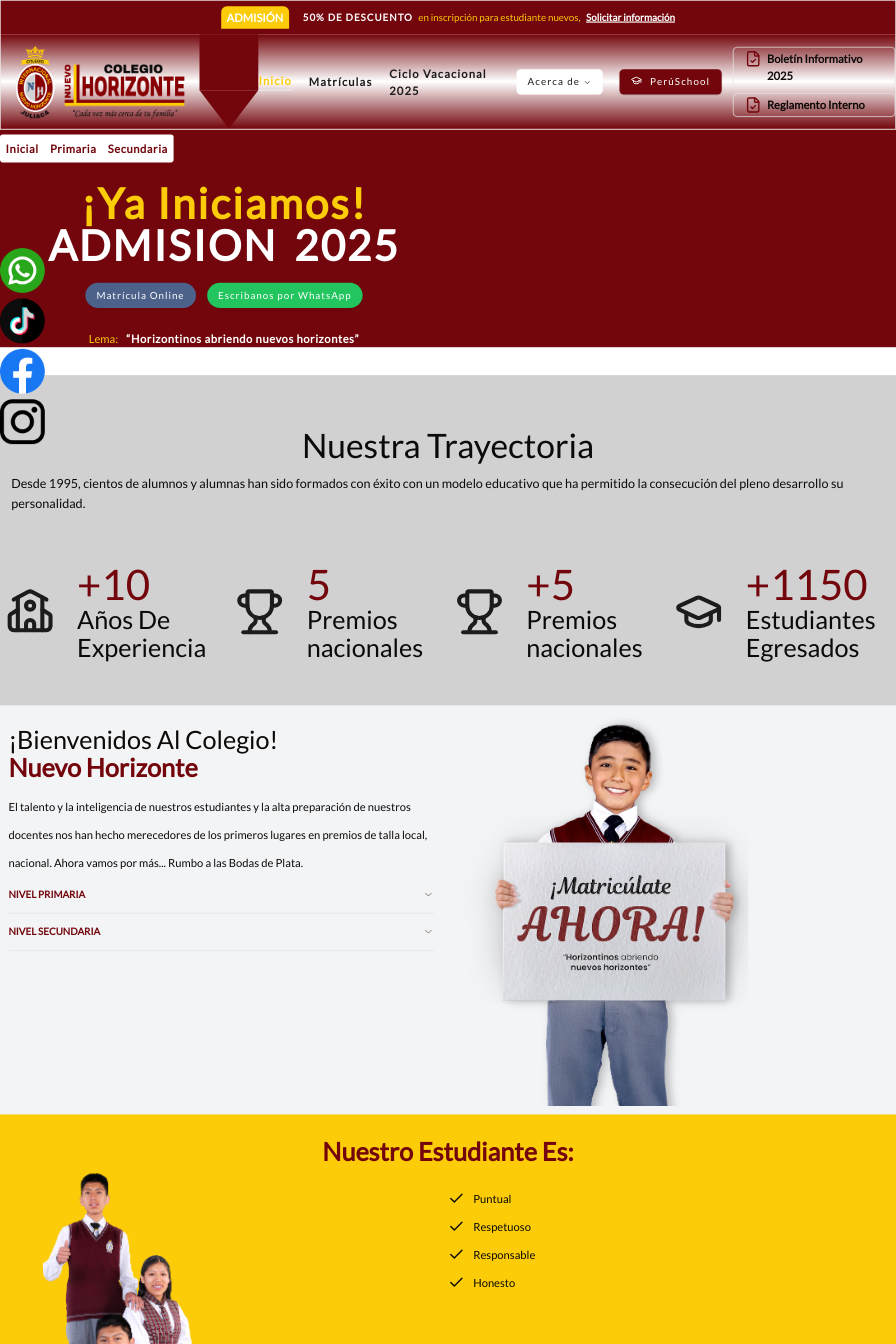
Repository: jefrydep/new_horizont_school
Page: /
An editor plug-in stored every save of this project. The page is shown before and after the next save, followed by the edit.
The browser window is 1280 px wide. The pictures show the part of the page from y = 0 to 1920 px (the page is 4331 px tall), at 70% of full size.
The project was rebuilt for these pictures with package versions that can differ from the ones it lists, and the page was loaded fresh each time. The framework's server and built-in components were replaced by stand-ins that run in the browser. Also part of the build but not shown: next.config.ts.

Above is the page before, as saved 2024-12-05 20:19:50.

### src/app/layout.tsx
import type { Metadata } from "next";
import "./globals.css";
import Navbar from "@/components/Navbar";
import Footer from "@/components/Footer";


import { Lato } from 'next/font/google'

const lato = Lato({
  weight: '400',
  subsets: ['latin'],
  display: 'swap',
})

export const metadata: Metadata = {
  title: "COLEGIO INTERNACIONAL NUEVO HORIZONTE - JULIACA",
  description: "el mejor colegio de JULIACA,Colegio internacional nuevo horizonte",
};

export default function RootLayout({
  children,
}: Readonly<{
  children: React.ReactNode;
}>) {
  return (
    <html lang="es">

      <body
        className={` ${lato.className} antialiased `}
      >

        <div className="">
          <Navbar />
        </div>
        <main className="   ">

          {children}
          <div className="flex flex-col fixed  bottom-2     z-50   sm:top-1/2  gap-2">
            <a href="https://wa.me/+51999070701?text=Me%20gustar%C3%ADa%20recibir%20m%C3%A1s%20informaci%C3%B3n%20sobre%20el%20proceso%20de%20matr%C3%ADcula,%20requisitos%20y%20fechas%20importantes.%20Agradecer%C3%ADa%20su%20orientaci%C3%B3n%20para%20poder%20completar%20mi%20inscripci%C3%B3n%20de%20manera%20adecuada.%0A%0AQuedo%20atento%20a%20su%20respuesta.%0A%0ASaludos%20cordiales,%0A" target="_blank">
              {/* Solicitar información */}
              <img src="/whatsapp.png" alt="" className=" animate-bounce h-11  sm:h-16" />
            </a>

            <a href="https://www.tiktok.com/@colegionuevohorizonte" target="_blank">
              {/* Solicitar información */}
              <img src="/tik-tok.png" alt="" className=" animate-bounce h-11  sm:h-16 " />
            </a>
            <a href="https://www.facebook.com/internuevohorizonte  " target="_blank">
              {/* Solicitar información */}
              <img src="/facebook.png" alt="" className=" animate-bounce h-11  sm:h-16 " />
            </a>
            <a href="https://www.instagram.com/colegionuevohorizontejuliaca" target="_blank">
              {/* Solicitar información */}
              <img src="/instagram.png" alt="" className=" animate-bounce h-11  sm:h-16" />
            </a>
          </div>
        </main>
        <Footer />
      </body>
    </html>
  );
}

### src/app/page.tsx
import Form from "@/components/Form";
import Hero from "@/components/Hero";
import Location from "@/components/Location";
import PresentationCard from "@/components/PresentationCard";
import RegisterCard from "@/components/RegisterCard";
import StudentCard from "@/components/StudentCard";
import TrajectoryCard from "@/components/TrajectoryCard";

export default function Home() {
  return (
    <div className="">
      <Hero colorWave="#fff" title="¡Ya Iniciamos!" subtitle="ADMISION" year="2025" />
      <TrajectoryCard />
      <PresentationCard title="¡Bienvenidos Al Colegio!" subtitle="Nuevo Horizonte" />
      <StudentCard title="Nuestro Estudiante Es:" />
      <RegisterCard title="Proceso De Matrícula 2025" />
      <Form />
      <Location/>
    </div>
  );
}

### src/components/Navbar.tsx
"use client";
import Link from "next/link";
import { Button } from "./ui/button";
import { usePathname } from "next/navigation";
import {
  NavigationMenu,
  NavigationMenuContent,
  NavigationMenuItem,
  NavigationMenuLink,
  NavigationMenuList,
  NavigationMenuTrigger,
} from "@/components/ui/navigation-menu";
import { navigationMenuTriggerStyle } from "@/components/ui/navigation-menu";
import {
  Sheet,
  SheetContent,
  // SheetDescription,
  SheetHeader,
  SheetTitle,
  SheetTrigger,
} from "@/components/ui/sheet";
import { FileCheck, GraduationCapIcon } from "lucide-react";

const navMenu = [
  { id: "1", path: "/", title: "Inicio" },
  { id: "2", path: "/newstudent/", title: "Matrículas" },
  { id: "3", path: "/vacation/", title: "Ciclo Vacacional 2025" },
  // { id: "4", path: "/workshops", title: "Talleres" },
  // { id: "5", path: "/academy", title: "Academia" },
];

export default function Navbar() {
  const pathname = usePathname();

  return (
    <div className="  border  z-50  shadow-sm  w-full  fixed bg-white       ">
      <div className="bg-title  px-2 sm:px-4 sm:py-2 w-full ">
        <div className=" flex gap-2 sm:gap-5  justify-center items-center  ">
          <div className="text-white font-bold bg-subtitle px-2 py-1 rounded-t-lg">
            ADMISIÓN
          </div>
          <div className="flex items-center gap-2 text-xs sm:text-sm ">
            <p className=" font-semibold sm:font-bold   sm:tracking-widest text-white">
              50% DE DESCUENTO{" "}
            </p>
            <span className="hidden sm:block text-subtitle  ">
              en inscripción para estudiante nuevos,
            </span>
            <span className="font-semibold   underline text-white">
              <a
                href="https://wa.me/+51999070701?text=Me%20gustar%C3%ADa%20recibir%20m%C3%A1s%20informaci%C3%B3n%20sobre%20el%20proceso%20de%20matr%C3%ADcula,%20requisitos%20y%20fechas%20importantes.%20Agradecer%C3%ADa%20su%20orientaci%C3%B3n%20para%20poder%20completar%20mi%20inscripci%C3%B3n%20de%20manera%20adecuada.%0A%0AQuedo%20atento%20a%20su%20respuesta.%0A%0ASaludos%20cordiales,%0A"
                target="_blank"
              >
                Solicitar información
              </a>
            </span>
          </div>
        </div>
      </div>
      <nav className="container font-bold   bg-gradient-to-b from-title via-white to-title   sticky top-8   flex justify-between items-center m-auto">
        {/* Logo y texto del colegio */}
        <div className="flex items-center">
          <div className=" ">
            <img
              src="/LOGO.png"
              alt="Logo nuevo horizonte"
              className="h-24 sm:h-28"
            />
          </div>

        </div>
        <div className="hidden sm:block">
          <div className="flex flex-col items-center  ">
            <div className=" w-[84px] h-[40px]  sm:h-[80px] bg-title"></div>

            <div className="w-0 h-0 border-l-[42px] border-l-transparent border-r-[42px] border-r-transparent border-t-[55px] border-title"></div>
          </div>
        </div>
        {/* <div className="w-0 h-0 border-l-[20px] border-l-transparent border-r-[20px] border-r-transparent border-t-[40px] border-t-blue-500"></div> */}

        {/* Menú de navegación en pantallas grandes */}

        <div className="hidden sm:flex gap-6 items-center text-secondary tracking-widest">
          {navMenu.map((item) => (
            <Link
              key={item.id}
              href={item.path}
              className={`hover:text-title ${
                item.path === pathname ? "text-subtitle border-b-2" : ""
              }`}
            >
              {item.title}
            </Link>
          ))}

          {/* Menú desplegable */}
          <NavigationMenu>
            <NavigationMenuList>
              <NavigationMenuItem>
                <NavigationMenuTrigger>Acerca de</NavigationMenuTrigger>
                <NavigationMenuContent className="w-max px-2 py-4">
                  {/* <Link href="/about"  passHref> */}
                  <NavigationMenuLink
                    href="/about/"
                    className={navigationMenuTriggerStyle()}
                  >
                    Quiénes Somos
                  </NavigationMenuLink>
                  {/* </Link> */}
                  {/* <Link href="/vision" passHref> */}
                  <NavigationMenuLink
                    href="/vision"
                    className={navigationMenuTriggerStyle()}
                  >
                    Visión y Misión
                  </NavigationMenuLink>
                  {/* </Link> */}
                  {/* <Link href="/team" passHref> */}
                  <NavigationMenuLink
                    href="/team"
                    className={navigationMenuTriggerStyle()}
                  >
                    Nuestro Equipo
                  </NavigationMenuLink>
                  {/* </Link> */}

                  {/* <Link href="/infrastructure" passHref> */}
                  <NavigationMenuLink
                    href="/infrastructure"
                    className={navigationMenuTriggerStyle()}
                  >
                    Infraestructura
                  </NavigationMenuLink>
                  {/* </Link> */}
                </NavigationMenuContent>
              </NavigationMenuItem>
            </NavigationMenuList>
          </NavigationMenu>

          <Button className="text-white  mr-4 bg-title hover:bg-[#bd3c40e8]  ">
            <a
              target="_blank"
              className="flex gap-3"
              href="https://www.peruschool.com.pe/NHJuliaca"
            >
              <GraduationCapIcon /> PerúSchool
            </a>
          </Button>
        </div>
        <div className="   flex-col flex gap-2 ">
          <div className="sm:flex gap-2 border  hidden rounded-md px-4 py-1  ">
            <div className="text-title">
              <FileCheck />
            </div>
            <a href="/boletin.pdf" target="_blank">
              Boletín Informativo 2025
            </a>
          </div>
          <div className="sm:flex gap-2 border  hidden rounded-md px-4 py-1 ">
            <div className="text-title">
              <FileCheck />
            </div>
            <a href="/Reglamento Interno.pdf" target="_blank">
              Reglamento Interno
            </a>
          </div>
        </div>
        <Sheet>
          <SheetTrigger asChild className=" mr-2 sm:hidden rounded-md">
            <svg
              className="w-10 h-10"
              fill="none"
              stroke="currentColor"
              viewBox="0 0 24 24"
              xmlns="http://www.w3.org/2000/svg"
            >
              <path
                strokeLinecap="round"
                strokeLinejoin="round"
                strokeWidth="2"
                d="M4 6h16M4 12h16M4 18h16"
              ></path>
            </svg>
          </SheetTrigger>
          <SheetContent>
            <SheetHeader>
              <SheetTitle className="text-title ">
                <div className="  flex justify-center">
                  <img src="/ISOLOGO.png" alt="Logo" className="h-36" />
                </div>
              </SheetTitle>
              {/* <SheetDescription>
                El talento y la inteligencia de nuestros alumnos y la alta preparación de nuestros profesores nos han hecho merecedores de los primeros lugares en premios de talla local, nacional. Ahora vamos por más...
              </SheetDescription> */}
            </SheetHeader>
            <hr className="border-title mb-5" />
            <div className="flex gap-2  text-center mb-5 ">
              <div className="text-title">
                <FileCheck />
              </div>
              <a href="/boletin.pdf" target="_blank">
                Boletín Informativo 2025
              </a>
            </div>
            <div className=" flex gap-2  text-center mb-5    ">
              <div className="text-title">
                <FileCheck />
              </div>
              <a href="/Reglamento Interno.pdf" target="_blank">
                Reglamento Interno
              </a>
            </div>
            <div className=" flex flex-col   gap-6 items-center text-secondary tracking-widest">
              {navMenu.map((item) => (
                <Link
                  key={item.id}
                  href={item.path}
                  className={`${
                    item.path === pathname ? "text-subtitle border-b-2" : ""
                  }`}
                >
                  {item.title}
                </Link>
              ))}

              {/* Menú desplegable  en moviles*/}
              <NavigationMenu>
                <NavigationMenuList>
                  <NavigationMenuItem>
                    <NavigationMenuTrigger>Acerca de</NavigationMenuTrigger>
                    <NavigationMenuContent className="w-max flex   flex-col px-2 py-4">
                      {/* <Link href="/about"  passHref> */}
                      <NavigationMenuLink
                        href="/about"
                        className={navigationMenuTriggerStyle()}
                      >
                        Quiénes Somos
                      </NavigationMenuLink>
                      {/* </Link> */}
                      {/* <Link href="/vision" passHref> */}
                      <NavigationMenuLink
                        href="/vision"
                        className={navigationMenuTriggerStyle()}
                      >
                        Visión y Misión
                      </NavigationMenuLink>
                      {/* </Link> */}
                      {/* <Link href="/team" passHref> */}
                      <NavigationMenuLink
                        href="/team"
                        className={navigationMenuTriggerStyle()}
                      >
                        Nuestro Equipo
                      </NavigationMenuLink>
                      {/* </Link> */}

                      {/* <Link href="/infrastructure" passHref> */}
                      <NavigationMenuLink
                        href="/infrastructure"
                        className={navigationMenuTriggerStyle()}
                      >
                        Infraestructura
                      </NavigationMenuLink>
                      {/* </Link> */}
                    </NavigationMenuContent>
                  </NavigationMenuItem>
                </NavigationMenuList>
              </NavigationMenu>

              <Button className="text-white  mr-4 bg-title ">
                <a
                  target="_blank"
                  className="flex gap-3"
                  href="https://www.peruschool.com.pe/NHJuliaca"
                >
                  <GraduationCapIcon /> PerúSchool
                </a>
              </Button>
            </div>
          </SheetContent>
        </Sheet>

        {/* Menú hamburguesa en pantallas pequeñas */}
      </nav>

      {/* Menú desplegable en móviles */}
    </div>
  );
}

### src/components/Location.tsx

export default function Location() {
    return (
        <div className='w-full container m-auto bg-red-400'>
            {/* <iframe src="https://www.google.com/maps/embed?pb=!1m18!1m12!1m3!1d3844.9316625787906!2d-70.12231792745375!3d-15.488107585110283!2m3!1f0!2f0!3f0!3m2!1i1024!2i768!4f13.1!3m3!1m2!1s0x9167f3956c2bda63%3A0x64c4524617e0482a!2sColegio%20Nuevo%20Horizonte!5e0!3m2!1ses-419!2spe!4v1731094832258!5m2!1ses-419!2spe" width="600" height="450" style="border:0;" allowfullscreen="" loading="lazy" referrerpolicy="no-referrer-when-downgrade"></iframe> */}
            <iframe src="https://www.google.com/maps/embed?pb=!1m18!1m12!1m3!1d3844.9316625787906!2d-70.12231792745375!3d-15.488107585110283!2m3!1f0!2f0!3f0!3m2!1i1024!2i768!4f13.1!3m3!1m2!1s0x9167f3956c2bda63%3A0x64c4524617e0482a!2sColegio%20Nuevo%20Horizonte!5e0!3m2!1ses-419!2spe!4v1731094832258!5m2!1ses-419!2spe" width="100%" height="450"   loading="lazy"  ></iframe>
        </div>
    )
}

### src/components/StudentCard.tsx
import { Check } from "lucide-react";
const student = [
    {
        id: 1,
        profile: "Puntual"
    },
    {
        id: 2,
        profile: "Respetuoso"
    },
    {
        id: 3,
        profile: "Responsable"
    },
    {
        id: 4,
        profile: "Honesto"
    },

]
interface Props {
    title: string;

}
export default function StudentCard({ title }: Props) {
    return (
        <div className="bg-[#fbcc07] pt-8">

            <h4 className="text-4xl  text-title text-center font-bold">{title}</h4>
            <div className="container grid  grid-cols-1 sm:grid-cols-2   m-auto p-3">
                <div>
                    <img src="/SECUNDARIA.png" alt="nivel primaria" className="h-[23rem] sm:h-[33rem]" />
                </div>
                <div className="  w-full ">
                    {/* <h4 className="text-4xl">{subtitle}</h4> */}
                    <div className="leading-10 text-base mt-4">
                        {student.map(student => (



                            <span key={student.id} className="flex   items-center">
                                <Check />
                                <p className="ml-3">
                                    {student.profile}
                                </p>
                            </span>
                        ))}

                    </div>

                </div>


            </div>
        </div>
    )
}

### src/components/ui/button.tsx
import * as React from "react"
import { Slot } from "@radix-ui/react-slot"
import { cva, type VariantProps } from "class-variance-authority"

import { cn } from "@/lib/utils"

const buttonVariants = cva(
  "inline-flex items-center justify-center gap-2 whitespace-nowrap rounded-md text-sm font-medium transition-colors focus-visible:outline-none focus-visible:ring-1 focus-visible:ring-ring disabled:pointer-events-none disabled:opacity-50 [&_svg]:pointer-events-none [&_svg]:size-4 [&_svg]:shrink-0",
  {
    variants: {
      variant: {
        default:
          "bg-primary text-primary-foreground shadow hover:bg-primary/90",
        destructive:
          "bg-destructive text-destructive-foreground shadow-sm hover:bg-destructive/90",
        outline:
          "border border-input bg-background shadow-sm hover:bg-accent hover:text-accent-foreground",
        secondary:
          "bg-secondary text-secondary-foreground shadow-sm hover:bg-secondary/80",
        ghost: "hover:bg-accent hover:text-accent-foreground",
        link: "text-primary underline-offset-4 hover:underline",
      },
      size: {
        default: "h-9 px-4 py-2",
        sm: "h-8 rounded-md px-3 text-xs",
        lg: "h-10 rounded-md px-8",
        icon: "h-9 w-9",
      },
    },
    defaultVariants: {
      variant: "default",
      size: "default",
    },
  }
)

export interface ButtonProps
  extends React.ButtonHTMLAttributes<HTMLButtonElement>,
    VariantProps<typeof buttonVariants> {
  asChild?: boolean
}

const Button = React.forwardRef<HTMLButtonElement, ButtonProps>(
  ({ className, variant, size, asChild = false, ...props }, ref) => {
    const Comp = asChild ? Slot : "button"
    return (
      <Comp
        className={cn(buttonVariants({ variant, size, className }))}
        ref={ref}
        {...props}
      />
    )
  }
)
Button.displayName = "Button"

export { Button, buttonVariants }

### src/components/ui/textarea.tsx
import * as React from "react"

import { cn } from "@/lib/utils"

const Textarea = React.forwardRef<
  HTMLTextAreaElement,
  React.ComponentProps<"textarea">
>(({ className, ...props }, ref) => {
  return (
    <textarea
      className={cn(
        "flex min-h-[60px] w-full rounded-md border border-gray-600 bg-transparent px-3 py-2 text-base shadow-sm placeholder:text-muted-foreground focus-visible:outline-none focus-visible:ring-1 focus-visible:ring-ring disabled:cursor-not-allowed disabled:opacity-50 md:text-sm",
        className
      )}
      ref={ref}
      {...props}
    />
  )
})
Textarea.displayName = "Textarea"

export { Textarea }

### src/components/ui/input.tsx
import * as React from "react"

import { cn } from "@/lib/utils"

const Input = React.forwardRef<HTMLInputElement, React.ComponentProps<"input">>(
  ({ className, type, ...props }, ref) => {
    return (
      <input
        type={type}
        className={cn(
          "flex h-9 w-full rounded-md border  border-gray-600 bg-transparent  px-3 py-1 text-base shadow-sm transition-colors file:border-0 file:bg-transparent file:text-sm file:font-medium file:text-foreground placeholder:text-muted-foreground focus-visible:outline-none focus-visible:ring-1 focus-visible:ring-ring disabled:cursor-not-allowed disabled:opacity-50 md:text-sm",
          className
        )}
        ref={ref}
        {...props}
      />
    )
  }
)
Input.displayName = "Input"

export { Input }

### src/components/ui/accordion.tsx
"use client"

import * as React from "react"
import * as AccordionPrimitive from "@radix-ui/react-accordion"
import { ChevronDown } from "lucide-react"

import { cn } from "@/lib/utils"

const Accordion = AccordionPrimitive.Root

const AccordionItem = React.forwardRef<
  React.ElementRef<typeof AccordionPrimitive.Item>,
  React.ComponentPropsWithoutRef<typeof AccordionPrimitive.Item>
>(({ className, ...props }, ref) => (
  <AccordionPrimitive.Item
    ref={ref}
    className={cn("border-b", className)}
    {...props}
  />
))
AccordionItem.displayName = "AccordionItem"

const AccordionTrigger = React.forwardRef<
  React.ElementRef<typeof AccordionPrimitive.Trigger>,
  React.ComponentPropsWithoutRef<typeof AccordionPrimitive.Trigger>
>(({ className, children, ...props }, ref) => (
  <AccordionPrimitive.Header className="flex">
    <AccordionPrimitive.Trigger
      ref={ref}
      className={cn(
        "flex flex-1 items-center justify-between py-4 text-sm font-medium transition-all hover:underline text-left [&[data-state=open]>svg]:rotate-180",
        className
      )}
      {...props}
    >
      {children}
      <ChevronDown className="h-4 w-4 shrink-0 text-muted-foreground transition-transform duration-200" />
    </AccordionPrimitive.Trigger>
  </AccordionPrimitive.Header>
))
AccordionTrigger.displayName = AccordionPrimitive.Trigger.displayName

const AccordionContent = React.forwardRef<
  React.ElementRef<typeof AccordionPrimitive.Content>,
  React.ComponentPropsWithoutRef<typeof AccordionPrimitive.Content>
>(({ className, children, ...props }, ref) => (
  <AccordionPrimitive.Content
    ref={ref}
    className="overflow-hidden text-sm data-[state=closed]:animate-accordion-up data-[state=open]:animate-accordion-down"
    {...props}
  >
    <div className={cn("pb-4 pt-0", className)}>{children}</div>
  </AccordionPrimitive.Content>
))
AccordionContent.displayName = AccordionPrimitive.Content.displayName

export { Accordion, AccordionItem, AccordionTrigger, AccordionContent }

Loaded but not shown: src/lib/utils.ts (common file); src/app/data/data.ts (459 lines, source omitted); src/components/RegisterCard.tsx (178 lines, source omitted); src/components/Hero.tsx (158 lines, source omitted); src/components/ui/navigation-menu.tsx (128 lines, source omitted); src/components/Form.tsx (162 lines, source omitted); src/components/ui/sheet.tsx (140 lines, source omitted); src/components/Footer.tsx (97 lines, source omitted); src/components/TrajectoryCard.tsx (65 lines, source omitted); src/components/PresentationCard.tsx (66 lines, source omitted); src/app/globals.css (97 lines, source omitted); tailwind.config.ts (91 lines, source omitted)

After the next save:
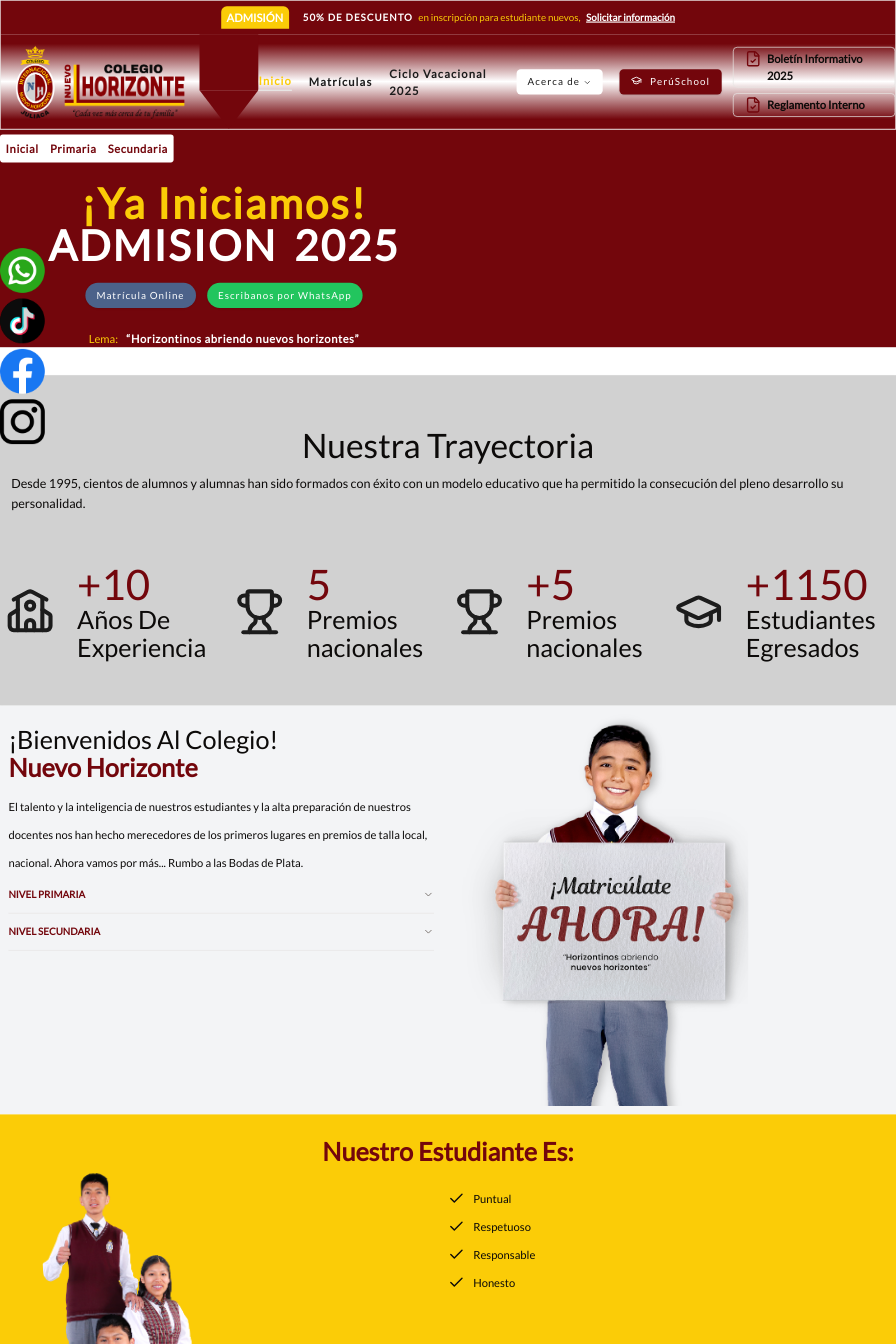
Saved 3 min 39 s later.
--- a/src/components/Navbar.tsx
+++ b/src/components/Navbar.tsx
@@ -57,7 +57,7 @@ export default function Navbar() {
           </div>
         </div>
       </div>
-      <nav className="container font-bold   bg-gradient-to-b from-title via-white to-title   sticky top-8   flex justify-between items-center m-auto">
+      <nav className="container font-bold   bg-gradient-to-b from-title from-10% via-white via-50% to-title to-90%   sticky top-8   flex justify-between items-center m-auto">
         {/* Logo y texto del colegio */}
         <div className="flex items-center">
           <div className=" ">
